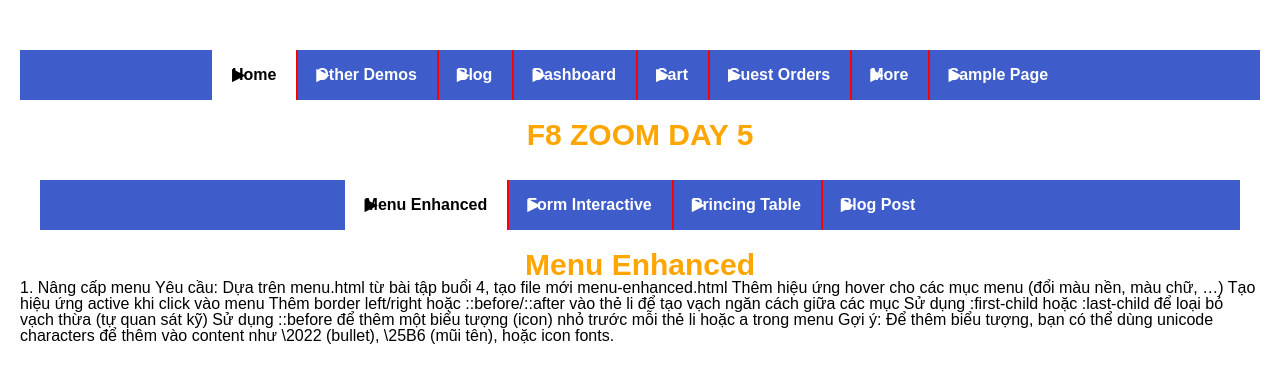
Repository: lannguyen1301/f8-zoom-day-5
Page: menu-enhanced.html
These files come from the project's save history. The page is drawn as it stood at one moment and after the next save; the edit follows.
The browser window is 1280 px wide. The pictures show the whole page.

Above is the page before, as saved 2025-04-21 20:37:36.

After the next save:
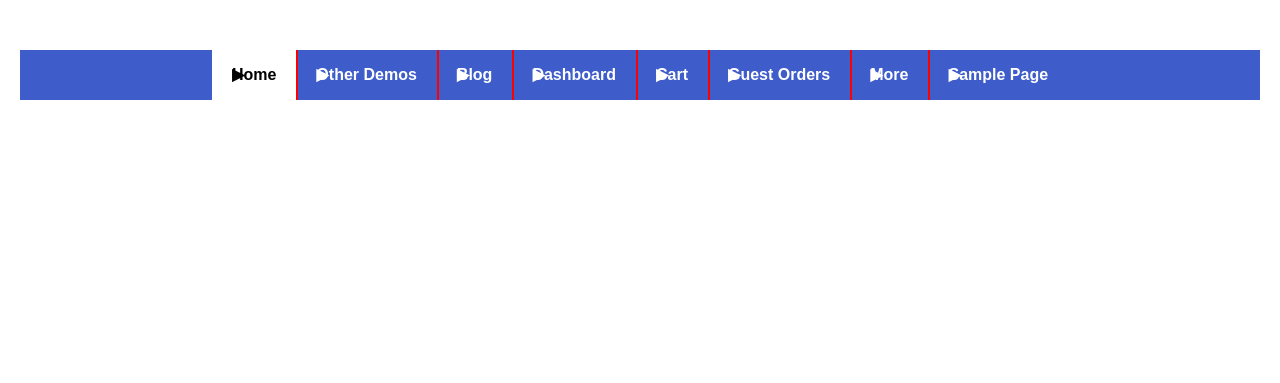
Saved 16 s later.
--- a/menu-enhanced.html
+++ b/menu-enhanced.html
@@ -39,43 +39,6 @@
                 </li>
             </ul>
         </nav>
-
-
-        <div class="inner">
-            <h1 class="title-desc">F8 ZOOM DAY 5</h1>
-            <nav class="navbar">
-                <ul class="navbar__list">
-                    <li class="navbar__item active">
-                        <a href="./menu-enhanced.html" class="navbar__link" target="_blank">Menu Enhanced</a>
-                    </li>
-                    <li class="navbar__item">
-                        <a href="./form-interactive.html" class="navbar__link" target="_blank">Form Interactive</a>
-                    </li>
-                    <li class="navbar__item">
-                        <a href="./pricing-table.html" class="navbar__link" target="_blank">Princing Table</a>
-                    </li>
-                    <li class="navbar__item">
-                        <a href="./blog-post.html" class="navbar__link" target="_blank">Blog Post</a>
-                    </li>
-                </ul>
-            </nav>
-        </div>
-
-        <h1 class="title-desc">Menu Enhanced</h1>
-        <p>
-            1. Nâng cấp menu
-            Yêu cầu:
-
-            Dựa trên menu.html từ bài tập buổi 4, tạo file mới menu-enhanced.html
-            Thêm hiệu ứng hover cho các mục menu (đổi màu nền, màu chữ, …)
-            Tạo hiệu ứng active khi click vào menu
-            Thêm border left/right hoặc ::before/::after vào thẻ li để tạo vạch ngăn cách giữa các mục
-            Sử dụng :first-child hoặc :last-child để loại bỏ vạch thừa (tự quan sát kỹ)
-            Sử dụng ::before để thêm một biểu tượng (icon) nhỏ trước mỗi thẻ li hoặc a trong menu
-            Gợi ý: Để thêm biểu tượng, bạn có thể dùng unicode characters để thêm vào content như \2022 (bullet), \25B6
-            (mũi
-            tên), hoặc icon fonts.
-        </p>
     </div>
 </body>
 
